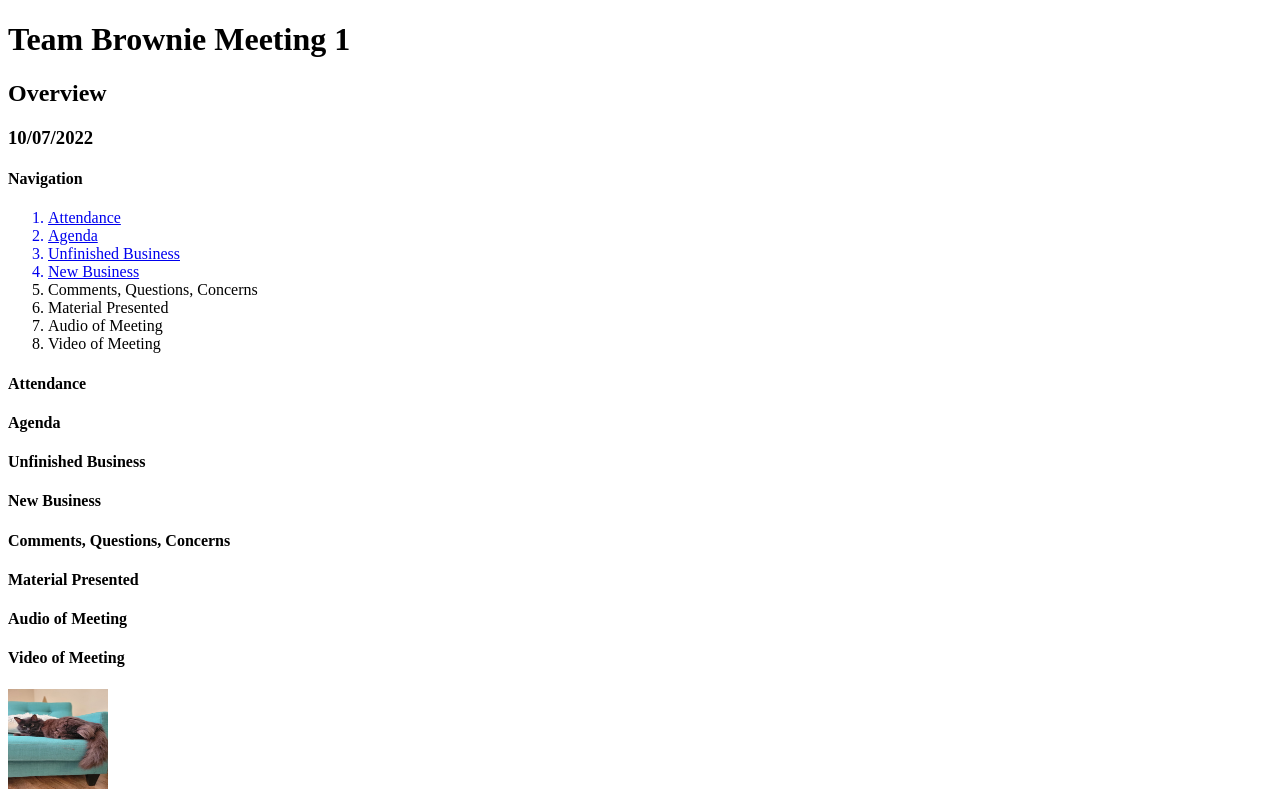
Repository: sarahtthomson/fa22-cse110-lab3
Page: index.html
The author's editor kept a copy of each file at every save. The page is drawn from the files as they stood at one save, then again after the next save.
The browser window is 1280 px wide. The pictures show the whole page.

Above is the page before, as saved 2022-10-07 14:56:32.

After the next save:
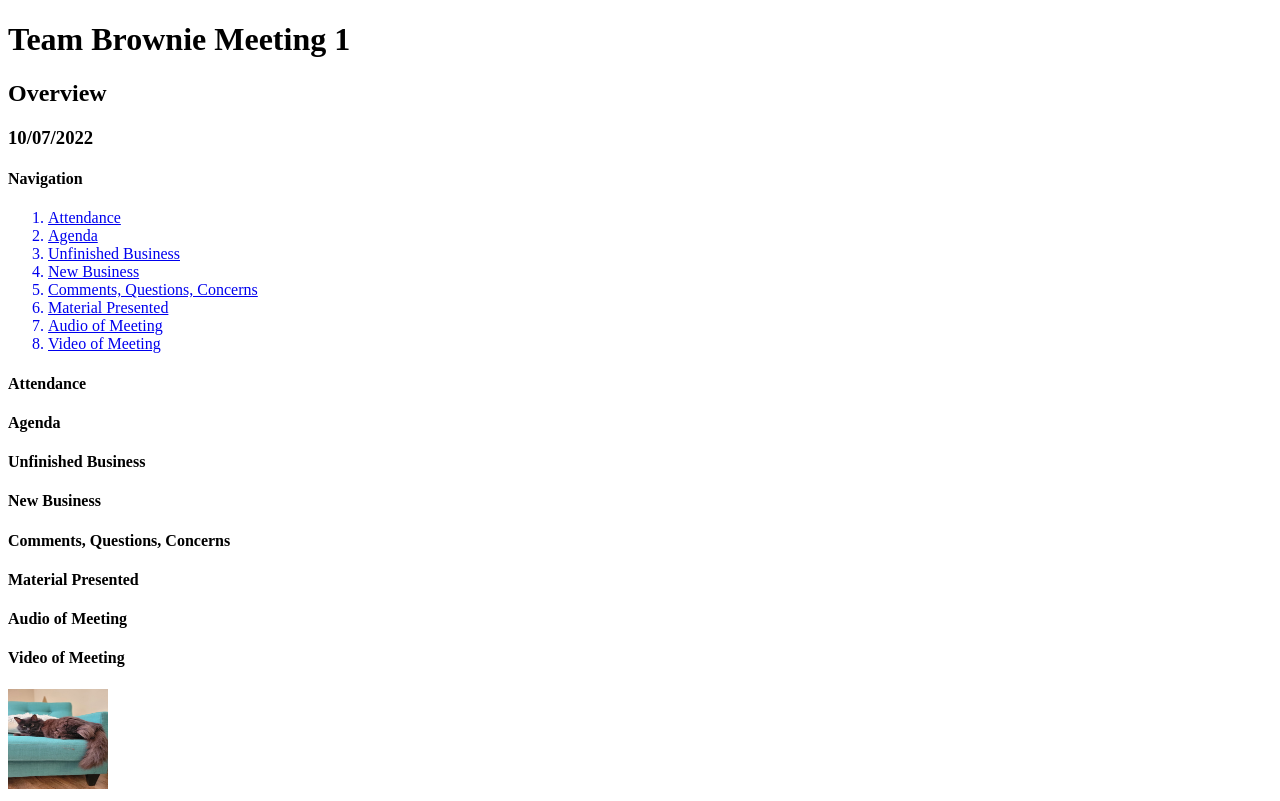
Saved 4 min 51 s later.
--- a/index.html
+++ b/index.html
@@ -18,11 +18,11 @@
                     <a href="#Attendance" class="btn"><li>Attendance</li></a>
                     <a href="#Agenda" class="btn"><li>Agenda</li></a>
                     <a href="#Unfinished Business" class="btn"><li>Unfinished Business</li></a>
-                    <a href="New Business" class="btn"><li>New Business</li></a>
-                    <li>Comments, Questions, Concerns</li>
-                    <li>Material Presented</li>
-                    <li>Audio of Meeting</li>
-                    <li>Video of Meeting</li>
+                    <a href="#New Business" class="btn"><li>New Business</li></a>
+                    <a href="#Comments" class="btn"><li>Comments, Questions, Concerns</li></a>
+                    <a href="#Material" class="btn"><li>Material Presented</li></a>
+                    <a href="Audio" class="btn"><li>Audio of Meeting</li></a>
+                    <a href="Audio" class="btn"><li>Video of Meeting</li></a>
                 </ol>
             </div>
             <div class="Attendance" id="Attendance">
@@ -34,8 +34,13 @@
             <div class="Unfinished Business" id="Agenda">
                 <h4>Unfinished Business</h4>
             </div>
-            <h4>New Business</h4>
-            <h4>Comments, Questions, Concerns</h4>
+            <div class="New Business" id="New Business">
+                <h4>New Business</h4>
+            </div>
+            <div class="Comments" id="Comments">
+                <h4>Comments, Questions, Concerns</h4>
+            </div>
+            <div></div>
             <h4>Material Presented</h4>
             <h4>Audio of Meeting</h4>
             <h4>Video of Meeting</h4>
